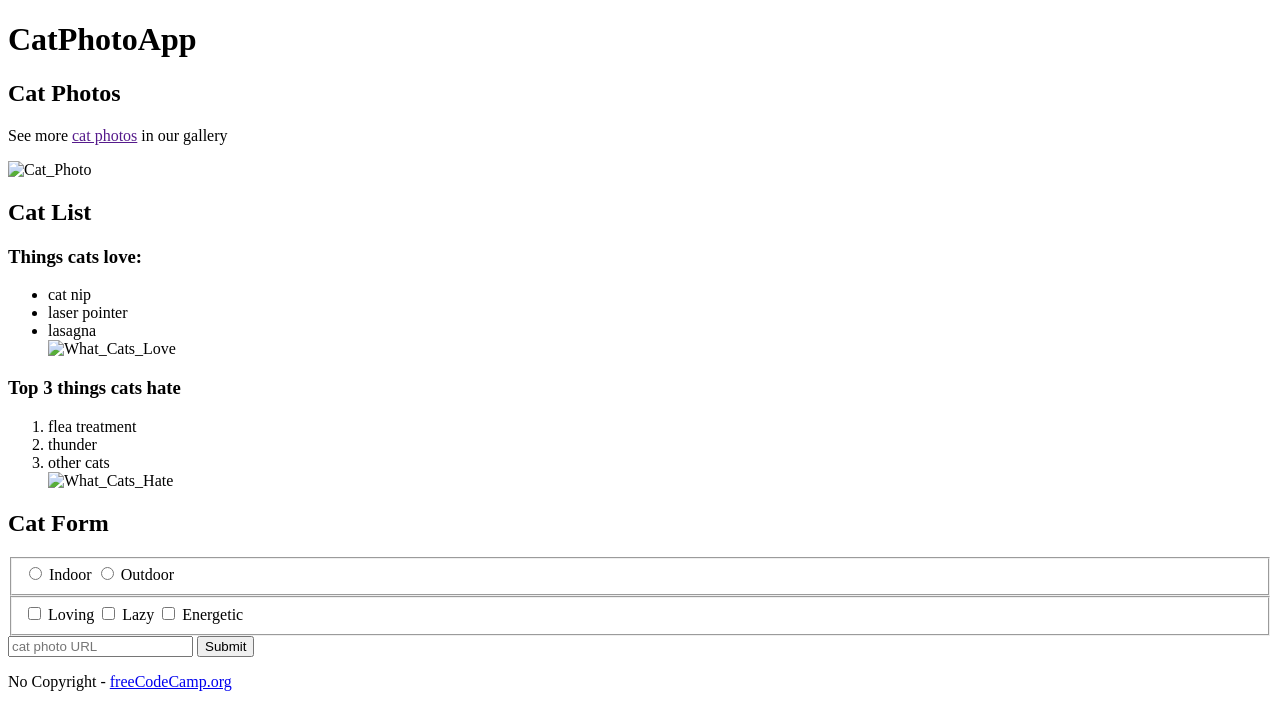
Repository: Lungdjos/cat_photo_app
Page: cat_photo_app/index.html
An editor plug-in stored every save of this project. The page is shown before and after the next save, followed by the edit.
The browser window is 1280 px wide. The pictures show the whole page.

Above is the page before, as saved 2023-08-29 17:53:15.

### cat_photo_app/index.html
<!DOCTYPE html>
<html lang="en">

<head>
    <meta charset="UTF-8">
    <meta name="viewport" content="width=device-width, initial-scale=1.0">
    <title>Cat Photo App</title>
</head>

<body>
    <h1>CatPhotoApp</h1>

    <h2>Cat Photos</h2>

    <p>See more
        <a href="">cat photos</a> in our gallery</p>
    <img src="" alt="Cat_Photo">
    <h2>Cat List</h2>
    <h3>Things cats love:</h3>
    <ul>
        <li>cat nip</li>
        <li>laser pointer</li>
        <li>lasagna</li>
        <img src="" alt="What_Cats_Love">
    </ul>
    <h3>Top 3 things cats hate</h3>
    <ol>
        <li>flea treatment</li>
        <li>thunder</li>
        <li>other cats</li>
        <img src="" alt="What_Cats_Hate">
    </ol>
    <form action="">
        <h2>Cat Form</h2>
        <fieldset>
            <input type="radio" name="Indoor" value="Indoor" id=""> Indoor
            <input type="radio" name="Outdoor" value="Outdoor" id=""> Outdoor
        </fieldset>
        <fieldset la>
            <input type="checkbox" name="" id=""> Loving
            <input type="checkbox" name="" id=""> Lazy
            <input type="checkbox" name="" id=""> Energetic
        </fieldset>
        <input type="text" placeholder="cat photo URL" /> <input type="button" value="Submit">
    </form>
    <p>No Copyright -
        <a href="https://www.freecodecamp.org/">freeCodeCamp.org</a>
    </p>

</body>

</html>

After the next save:
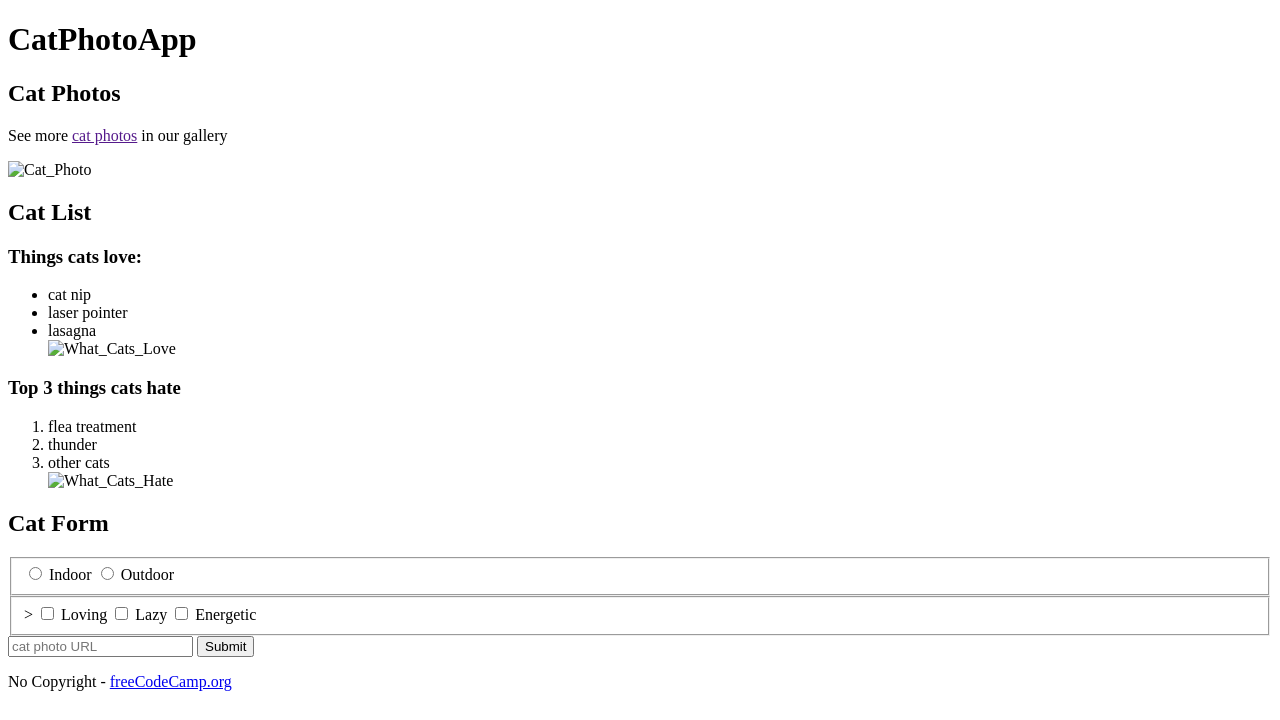
Saved 5 s later.
--- a/cat_photo_app/index.html
+++ b/cat_photo_app/index.html
@@ -36,7 +36,8 @@
             <input type="radio" name="Indoor" value="Indoor" id=""> Indoor
             <input type="radio" name="Outdoor" value="Outdoor" id=""> Outdoor
         </fieldset>
-        <fieldset la>
+        <fieldset <label for="">
+            </label>>
             <input type="checkbox" name="" id=""> Loving
             <input type="checkbox" name="" id=""> Lazy
             <input type="checkbox" name="" id=""> Energetic

After the save that followed:
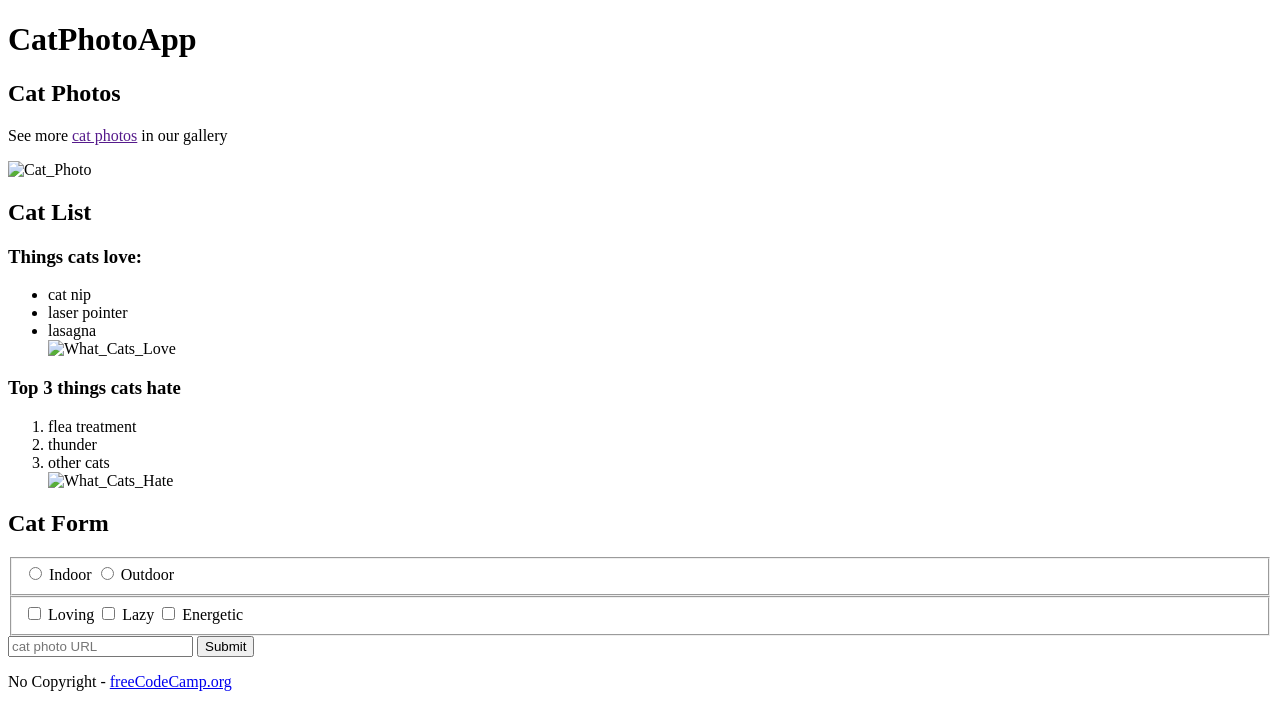
Saved 10 s later.
--- a/cat_photo_app/index.html
+++ b/cat_photo_app/index.html
@@ -36,8 +36,7 @@
             <input type="radio" name="Indoor" value="Indoor" id=""> Indoor
             <input type="radio" name="Outdoor" value="Outdoor" id=""> Outdoor
         </fieldset>
-        <fieldset <label for="">
-            </label>>
+        <fieldset>
             <input type="checkbox" name="" id=""> Loving
             <input type="checkbox" name="" id=""> Lazy
             <input type="checkbox" name="" id=""> Energetic
